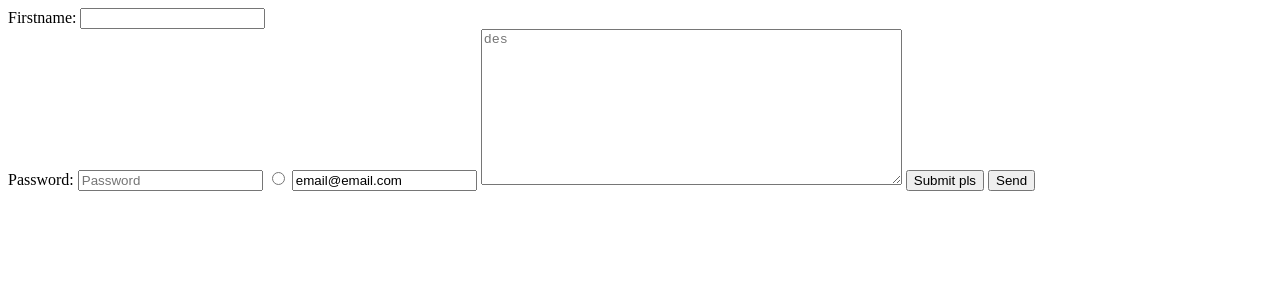
Repository: Tranghii/HTML-CSS
Page: HTML&CSS/form.html
An editor plug-in stored every save of this project. The page is shown before and after a run of saves, followed by the edit.
The browser window is 1280 px wide. The pictures show the whole page.

Above is the page before, as saved 2025-10-11 17:17:00.

### HTML&CSS/form.html
<!DOCTYPE html>
<html lang="en">
<head>
    <meta charset="UTF-8">
    <meta name="viewport" content="width=device-width, initial-scale=1.0">
    <title>FORM</title>
</head>
<body>
    <form action="">
        <label for="">Firstname:</label>
        <input type="text" name="name" id="name">
        <br>
        <label for="">Password:</label>
        <input type="Password" name="pass" id="pass" placeholder="Password">
        <input type="radio" name="gender" id="gender" placeholder="gender">

        <input type="email" name="email" id="email" value="email@email.com" placeholder="email">
        <textarea name="des" id="des" placeholder="des" cols="50" rows="10"></textarea>
   <input type="submit" value="Submit pls" >
   <button type="submit" > Send</button>


    </form>
</body>
</html>

After the next 5 saves:
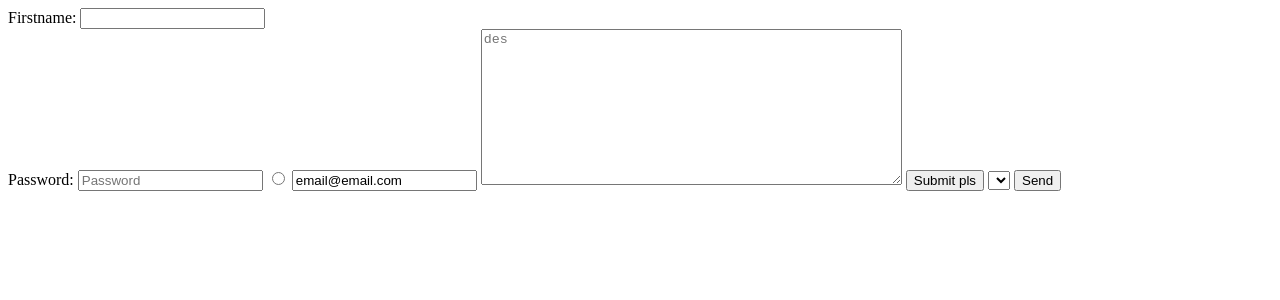
The 5 saves are shown as one change because they came seconds apart.
The last was saved 2 h 43 min later.
--- a/HTML&CSS/form.html
+++ b/HTML&CSS/form.html
@@ -17,6 +17,7 @@
         <input type="email" name="email" id="email" value="email@email.com" placeholder="email">
         <textarea name="des" id="des" placeholder="des" cols="50" rows="10"></textarea>
    <input type="submit" value="Submit pls" >
+   <select name="languages" id=""></select>
    <button type="submit" > Send</button>
 
 
